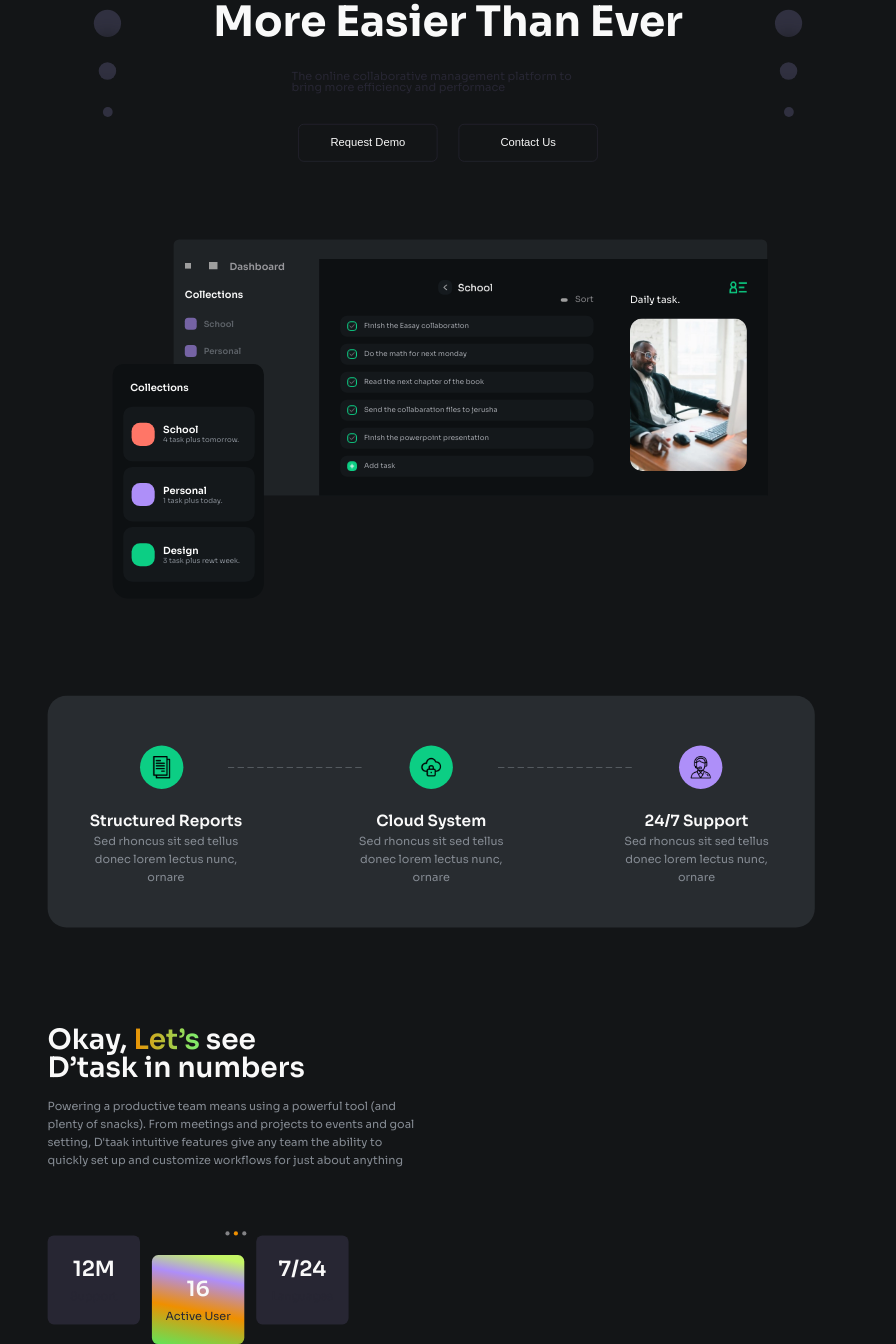
Repository: anhthiethumg/Task_Managerment_Website
Page: index.html
The author's editor kept a copy of each file at every save. The page is drawn from the files as they stood at one save, then again after a run of saves.
The browser window is 1280 px wide. The pictures show the part of the page from y = 320 to 2240 px (the page is 2240 px tall), at 70% of full size.
Pictures or frames that could not be fetched are drawn as grey boxes. A picture or video elsewhere on the page could not be fetched, so the positions and the page height are approximate.

Above is the page before, as saved 2023-07-29 00:45:17.

### index.html
<!DOCTYPE html>
<html lang="en">
  <head>
    <meta charset="UTF-8" />
    <meta name="viewport" content="width=device-width, initial-scale=1.0" />
    <title>Task Managerment Website</title>
    <!-- Reset Css -->
    <link rel="stylesheet" href="./assets/css/reset.css" />

    <!-- CSS -->
    <link rel="stylesheet" href="./assets/css/styles.css" />

    <!-- Embed Font-->

    <link rel="preconnect" href="https://fonts.googleapis.com" />
    <link rel="preconnect" href="https://fonts.gstatic.com" crossorigin />
    <link
      href="https://fonts.googleapis.com/css2?family=Sora:wght@400;600;700;800&display=swap"
      rel="stylesheet"
    />
  </head>
  <body>
    <!-- Header -->
    <section class="header">
      <div class="container">
        <navbar class="row nav">
          <img src="./assets/image/logo.svg" alt="Task." />
          <div class="nav-list">
            <a class="nav-item" href="#!">Home</a>
            <a class="nav-item" href="#!">Products</a>
            <a class="nav-item" href="#!">Guidlines</a>
            <a class="nav-item" href="#!">Guidlines</a>
          </div>
          <button class="btn nav-btn">Sign In</button>
        </navbar>
        <section class="hero">
          <div class="row hero__content">
            <div class="stacked-circles">
              <div class="circles"></div>
              <div class="circles"></div>
              <div class="circles"></div>
              <div class="circles"></div>
            </div>
            <div class="hero--content__heading">
              <h1 class="hero__heading">
                Make <span class="heading__liner">Management</span> Way More
                Easier Than Ever
              </h1>
              <p class="hero__desc section-desc">
                The online collaborative management platform to bring more
                efficiency and performace
              </p>
              <div class="hero-btn row">
                <button type="button" class="btn hero__btn">
                  Request Demo
                </button>
                <button type="button" class="btn hero__btn">Contact Us</button>
              </div>
            </div>
            <div class="stacked-circles">
              <div class="circles"></div>
              <div class="circles"></div>
              <div class="circles"></div>
              <div class="circles"></div>
            </div>
          </div>
          <section class="task-manager row">
            <sidebar class="sidebar">
              <div class="row sidebar__header">
                <img
                  src="./assets/icons/icon-sidebar.svg"
                  alt="icon-sidebar"
                  class="icon__sidebar"
                />
                <img
                  src="./assets/icons/dashboard-icon.svg"
                  alt="dashboard-icon"
                  class="dashboard-icon"
                />
                <h4 class="sidebar__heading">Dashboard</h4>
              </div>
              <div class="sidebar__list">
                <h4 class="sidebar__list--heading">Collections</h4>
                <div class="sidebar__list--item">
                  <h5 class="sidebar__item--content">School</h5>
                </div>
                <div class="sidebar__list--item">
                  <h5 class="sidebar__item--content">Personal</h5>
                </div>
              </div>
            </sidebar>
            <section class="task-manager__section">
              <div class="task__header row">
                <img src="./assets/icons/school.png" alt="Back" class="back" />
                <img
                  src="./assets/icons/contact us icon.png"
                  alt="Contact"
                  class="contact-us"
                />
              </div>
              <div class="task__content row">
                <div class="list--work">
                  <div class="list-sort">Sort</div>
                  <div class="work--item">Finish the Easay collaboration</div>
                  <div class="work--item">Do the math for next monday</div>
                  <div class="work--item">
                    Read the next chapter of the book
                  </div>
                  <div class="work--item">
                    Send the collabaration files to jerusha
                  </div>
                  <div class="work--item">
                    Finish the powerpoint presentation
                  </div>
                  <div class="work--item">Add task</div>
                </div>
                <div class="daily-task">
                  <div class="dailytask__heading">Daily task.</div>
                  <img
                    class="dailytask__img"
                    src="./assets/image/Rectangle 50.png"
                    alt="Daily task"
                  />
                </div>
              </div>
              <div class="card">
                <div class="card__heading">Collections</div>
                <div class="card__list">
                  <div class="card__item">
                    <div class="card__item--icon"></div>
                    <div class="card__item--content">
                      <h4 class="card__item--title">School</h4>
                      <p class="card__item--desc">4 task plus tomorrow.</p>
                    </div>
                  </div>
                  <div class="card__item">
                    <div class="card__item--icon"></div>
                    <div class="card__item--content">
                      <h4 class="card__item--title">Personal</h4>
                      <p class="card__item--desc">1 task plus today.</p>
                    </div>
                  </div>
                  <div class="card__item">
                    <div class="card__item--icon"></div>
                    <div class="card__item--content">
                      <h4 class="card__item--title">Design</h4>
                      <p class="card__item--desc">3 task plus rewt week.</p>
                    </div>
                  </div>
                </div>
              </div>
            </section>
          </section>
        </section>
      </div>
    </section>

    <!-- Main -->
    <main class="main">
      <div class="container">
        <!-- Services -->
        <section class="services">
          <div class="services__icon--list">
            <div class="services__icon--bg">
              <img
                src="./assets/icons/report.png"
                alt="Report"
                class="services__icon"
              />
            </div>
            <img src="./assets/icons/dash line-1.svg" alt="dash-line" />
            <div class="services__icon--bg">
              <img
                src="./assets/icons/server.png"
                alt="Server"
                class="services__icon"
              />
            </div>

            <img src="./assets/icons/dash line-1.svg" alt="dash-line" />
            <div class="services__icon--bg">
              <img
                src="./assets/icons/support.png"
                alt="Support"
                class="services__icon"
              />
            </div>
          </div>
          <div class="services__list row">
            <div class="services__items">
              <h3 class="services__heading">Structured Reports</h3>
              <p class="services__desc">
                Sed rhoncus sit sed tellus donec lorem lectus nunc, ornare
              </p>
            </div>
            <div class="services__items">
              <h3 class="services__heading">Cloud System</h3>
              <p class="services__desc">
                Sed rhoncus sit sed tellus donec lorem lectus nunc, ornare
              </p>
            </div>
            <div class="services__items">
              <h3 class="services__heading">24/7 Support</h3>
              <p class="services__desc">
                Sed rhoncus sit sed tellus donec lorem lectus nunc, ornare
              </p>
            </div>
          </div>
        </section>

        <!-- Static -->

        <section class="static row">
          <section class="static__content">
            <h2 class="static__heading section__heading">
              Okay, <span class="heading__liner">Let’s</span> see D’task in numbers
            </h2>
            <p class="static__desc section__desc">
              Powering a productive team means using a powerful tool (and plenty of snacks). From meetings and projects to events and goal setting, D'taak intuitive features give any team the ability to quickly set up and customize workflows for just about anything
            </p>
            <div class="static__dot row">
              <div class="dot"></div>
              <div class="dot"></div>
              <div class="dot"></div>
            </div>
            <div class="static__list row">
              <div class="static__item">
                <div class="static--item__number">
                  12M
                </div>
                <div class="static--item__title">
                  Support
                </div>
              </div>
              <div class="static__item">
                <div class="static--item__number">
                  16
                </div>
                <div class="static--item__title">
                  Active User
                </div>
              </div>
              <div class="static__item">
                <div class="static--item__number">
                  7/24
                </div>
                <div class="static--item__title">
                  Languages
                </div>
              </div>
            </div>
          </section>
        </section>
      </div>
    </main>
  </body>
</html>

### assets/css/styles.css
* {
  box-sizing: border-box;
}

html {
  font-size: 62.5%;
}

:root {
  color: var(--text-color-gray-2, #282c30);
  color: var(--text-color-white, #f9f9f9);
  color: var(
    --primary-color-leniar-color,
    linear-gradient(90deg, #eb9204 1.67%, #83e868 89.99%)
  );
  color: var(--primary-color-background, #131517);
  color: var(--text-color-dark-blue, #272633);
}
body {
  font-size: 1.6rem;
  font-family: "Sora", sans-serif;
  background: var(--primary-color-background, #131517);
}

/* Common */

a {
  text-decoration: none;
}

.container {
  width: 1144px;
  margin: 0 auto;
}

.row {
  display: flex;
}

.btn {
  width: 110px;
  height: 40px;
  border-radius: 8px;
  border: 1px solid var(--text-color-dark-blue, #272633);
  background: #131517;
  text-align: center;
}

.section__desc {
  color: var(--text-color-gray-1, #858b93);
  text-align: center;
  font-size: 1.6rem;
  font-weight: 400;
  line-height: 1.625;
}

.section__heading {
  color: var(--text-color-white, #f9f9f9);
  font-size: 4rem;
  font-weight: 600;
}
/* Header */

.header {
  margin-top: 40px;
  margin-bottom: 140px;
  padding-top: 10px;
}

/* Navbar */

.nav {
  justify-content: space-between;
  align-items: center;
  height: 40px;
  margin-bottom: 157px;
}

.nav-item {
  margin-right: 36px;
  color: var(--text-color-gray-1, #858b93);
  font-size: 1.6rem;
  font-weight: 400;
  line-height: 1.5;
}

.nav-item:hover {
  color: var(--text-color-white, #f9f9f9);
  text-decoration: underline;
}

.nav-btn {
  background: var(
    --primary-color-leniar-color,
    linear-gradient(90deg, #eb9204 1.67%, #83e868 89.99%)
  );
  background-clip: text;
  -webkit-background-clip: text;
  -webkit-text-fill-color: transparent;
  font-size: 1.6rem;
  font-weight: 400;
  line-height: 1.5;
}

/* hero-content */
.hero__content {
  padding: 0 25px;
  justify-content: space-between;
}
.hero__heading {
  margin: 0 auto 34px;
  width: 783px;
  color: var(--text-color-white, #f9f9f9);
  text-align: center;
  font-size: 6rem;
  font-weight: 700;
  line-height: 1.17;
}

.heading__liner {
  background: var(
    --primary-color-leniar-color,
    linear-gradient(90deg, #eb9204 1.67%, #83e868 89.99%)
  );
  background-clip: text;
  -webkit-background-clip: text;
  -webkit-text-fill-color: transparent;
}

.hero__desc {
  width: 447px;
  margin: 0 auto 44px;
}

.hero-btn {
  justify-content: center;
  gap: 30px;
}

.hero__btn {
  margin-bottom: 111px;
  width: 199px;
  height: 54px;
  color: var(--text-color-white, #f9f9f9);
  font-size: 1.6rem;
  font-weight: 400;
  line-height: 1.625;
}

.hero__btn:hover {
  background: var(
    --primary-color-leniar-color,
    linear-gradient(90deg, #eb9204 1.67%, #83e868 89.99%)
  );
}

/* hero circle */

.stacked-circles {
  display: flex;
  flex-direction: column;
  align-items: center;
  margin-top: -75px;
}

.circles {
  fill: linear-gradient(180deg, #111118 4.96%, rgba(43, 43, 61, 0) 100%);
  box-shadow: 0px 39px 31px 0px #313141 inset;
  border-radius: 50%;
}
.circles:first-child {
  width: 121px;
  height: 121px;
  margin-bottom: 41px;
}

.circles:nth-child(2) {
  width: 39px;
  height: 39px;
  margin-bottom: 36px;
}

.circles:nth-child(3) {
  width: 25px;
  height: 25px;
  margin-bottom: 39px;
}

.circles:last-child {
  width: 14px;
  height: 14px;
  flex-shrink: 0;
}

/* task manager */

.task-manager {
  width: 848px;
  height: 366px;
  border-radius: 8px 8px 0px 0px;
  background: #1f2326;
  margin-left: 180px;
}

.sidebar {
  padding: 18px 0 0 16px;
}

.sidebar__header {
  width: 192px;
  height: 39px;
  align-items: center;
}

.icon__sidebar {
  width: 9px;
  height: 9px;
  margin-right: 25px;
}

.dashboard-icon {
  width: 13px;
  height: 11px;
  margin-right: 17px;
}

.sidebar__heading {
  color: #98989c;
  font-size: 1.4rem;
  font-weight: 600;
}

.sidebar__list--heading {
  margin: 15px 0 15px;
  color: var(--text-color-white, #f9f9f9);
  font-size: 1.4rem;
  font-weight: 600;
}

.sidebar__list--item {
  width: 192px;
  height: 39px;
  display: flex;
  align-items: center;
}

.sidebar__list--item:hover {
  background: #2b2d2f;
}
.sidebar__item--content {
  color: var(--text-color-gray-1, #858b93);
  font-size: 1.2rem;
  font-weight: 600;
  opacity: 0.6000000238418579;
  display: flex;
  align-items: center;
}

.sidebar__item--content::before {
  display: inline-block;
  content: " ";
  width: 17px;
  height: 17px;
  border-radius: 5px;
  background: #ae8ff9;
  margin-right: 10px;
}

.task-manager__section {
  position: relative;
  margin-top: 28px;
  margin-right: 15px;
  background: #0d1012;
  width: 100%;
  padding: 30px;
}

.task__header {
  margin-left: 140px;
  justify-content: space-between;
}

.list--work {
  width: 362px;
  margin-right: 52px;
}

.list-sort {
  color: #838386;
  font-size: 1.2rem;
  font-weight: 400;
  text-align: right;
  height: 30px;
}

.list-sort::before {
  display: inline-block;
  content: " ";
  width: 10px;
  height: 5px;
  border-radius: 5px;
  margin-right: 10px;
  background-image: url(../icons/sort.svg);
  margin-left: 10px;
}
.work--item {
  display: flex;
  align-items: center;
  margin-bottom: 10px;
  width: 100%;
  height: 30px;
  border-radius: 10px;
  background: #14181b;
  color: #9ea1a7;
  font-size: 1rem;
  font-weight: 300;
}

.work--item:before {
  display: inline-block;
  content: " ";
  width: 14px;
  height: 14px;
  border-radius: 5px;
  margin-right: 10px;
  background-image: url(../icons/check.svg);
  margin-left: 10px;
}

.work--item:last-child:before {
  background-image: url(../icons/add.svg);
}

.dailytask__heading {
  color: var(--text-color-white, #f9f9f9);
  font-size: 1.4rem;
  font-weight: 400;
  margin-bottom: 20px;
}

.dailytask__img {
  width: 167px;
  height: 218px;
  flex-shrink: 0;
  border-radius: 17px;
  background: rgba(13, 16, 18, 0.24);
}

.card {
  position: absolute;
  width: 216px;
  height: 335px;
  border-radius: 15px 15px 22px 22px;
  background: #0d1012;
  padding: 26px 15px;
  left: -295px;
  top: 150px;
}

.card__heading {
  color: #f9f9f9;
  font-size: 1.4rem;
  font-weight: 600;
  margin-left: 10px;
  margin-bottom: 21px;
}

.card__item {
  display: flex;
  align-items: center;
  width: 188px;
  height: 78px;
  border-radius: 13px;
  background: #14181b;
  margin-bottom: 8px;
}
.card__item--icon {
  width: 33px;
  height: 33px;
  border-radius: 12px;
  margin: 12px;
}

.card__item:first-child .card__item--icon {
  background: var(--primary-color-dark-orange, #ff7667);
}

.card__item:nth-child(2) .card__item--icon {
  background: var(--primary-color-blue, #ae8ff9);
}

.card__item:last-child .card__item--icon {
  background: var(--primary-color-green, #0cce84);
}

.card__item--title {
  color: #fff;
  font-size: 1.4rem;
  font-weight: 600;
  margin-bottom: 3px;
}

.card__item--desc {
  color: var(--text-color-gray-1, #858b93);
  font-size: 1rem;
  font-weight: 400;
}

/* services */

.services {
  padding: 41px 50px 53px 50px;
  margin-top: 286px;
  margin-bottom: 140px;
  width: 1096px;
  height: 331px;
  border-radius: 27px;
  background: var(--text-color-gray-2, #282c30);
}

.services__icon--list {
  display: flex;
  align-items: center;
  justify-content: space-around;
  margin: 30px 50px;
}

.services__icon--bg {
  background: var(--primary-color-green, #0cce84);
  width: 62px;
  height: 62px;
  border-radius: 50%;
  display: flex;
  align-items: center;
  justify-content: center;
}

.services__icon--bg:nth-child(2) {
  background: var(--primary-color-dark-yellow, #ef8f00);
}

.services__icon--bg:last-child {
  background: var(--primary-color-blue, #ae8ff9);
}
.services__icon {
  width: 32px;
  height: 32px;
}

.services__list {
  justify-content: space-between;
}

.services__items {
  width: 238px;
  text-align: center;
}

.services__heading {
  color: var(--text-color-white, #f9f9f9);
  font-size: 2.2rem;
  font-weight: 600;
  line-height: 1.45;
}

.services__desc {
  color: #858b93;
  font-size: 1.6rem;
  font-weight: 400;
  line-height: 1.625;
}

/* Static */
.static__content {
  width: 537px;
}
.static__heading {
  width: 368px;
  margin-bottom: 22px;
}

.static__desc {
  width: 537px;
  height: 106px;
  text-align: left;
  margin-bottom: 86px;
}

.static__dot {
  gap: 6px;
  justify-content: center;
  margin-bottom: 28px;
}
.dot {
  width: 6px;
  height: 6px;
  border-radius: 50%;
  background: #838386;
}

.dot:nth-child(2) {
  background: #ef8f00;
}

.static__list {
  gap: 17px;
}
.static__item {
  display: flex;
  flex-direction: column;
  justify-content: center;
  align-items: center;
  width: 132px;
  height: 127px;
  border-radius: 9px;
  background: var(--text-color-dark-blue, #272633);
}

.static__item:nth-child(odd) {
  margin-top: -28px;
}

.static__item:nth-child(2) {
  background: linear-gradient(
    191deg,
    #c4f566 7.35%,
    #ae8ef9 28.41%,
    #ef8f00 60.81%,
    #61e559 100%
  );
}

.static--item__number {
  color: var(--text-color-white, #f9f9f9);
  font-size: 3rem;
  font-weight: 600;
  margin-bottom: 16px;
}

.static--item__title {

}

Loaded but not shown: assets/css/reset.css (common file)

After the next 5 saves:
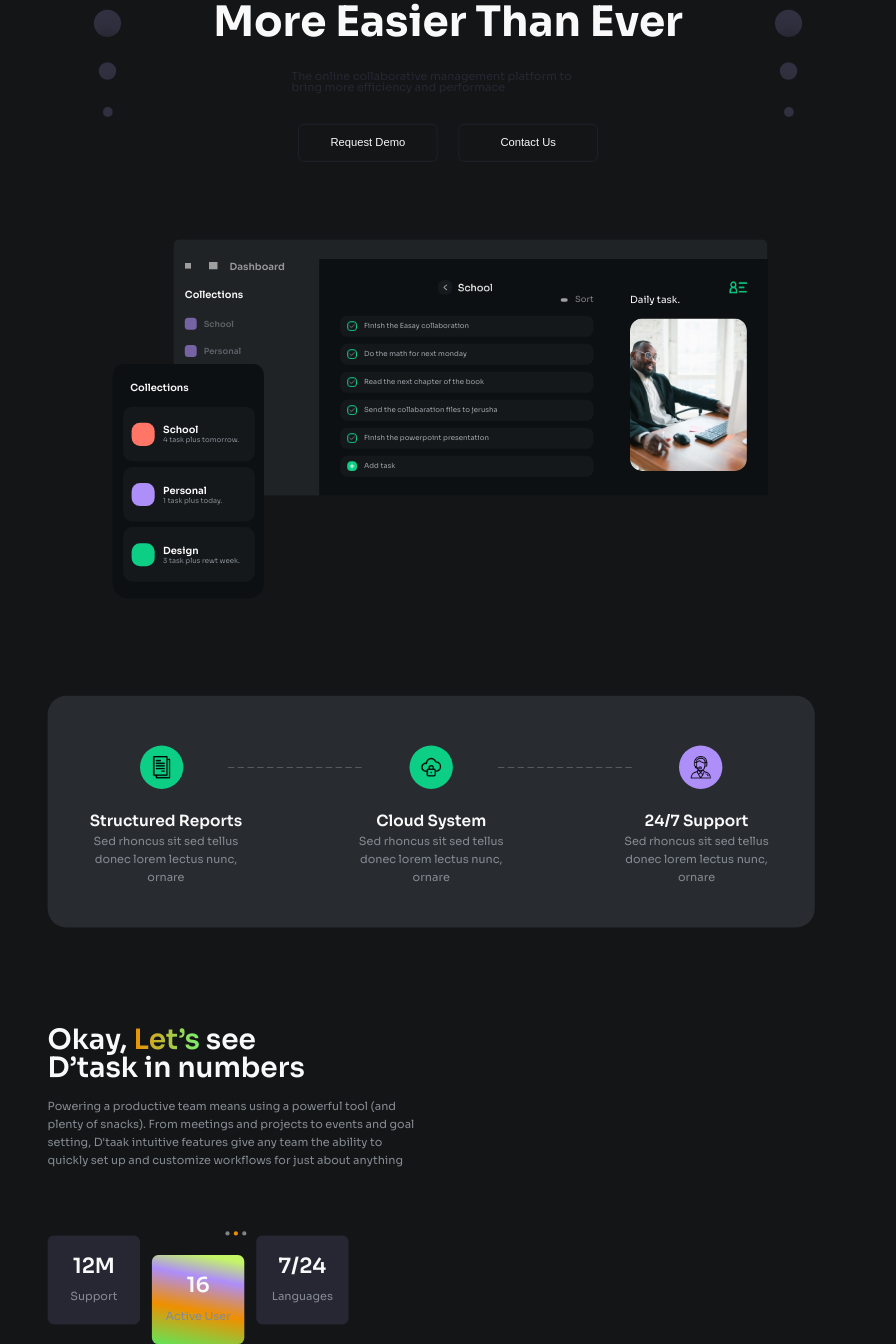
The 5 saves are shown as one change because they came seconds apart.
The last was saved 18 s later.
--- a/assets/css/styles.css
+++ b/assets/css/styles.css
@@ -538,5 +538,11 @@ a {
 }
 
 .static--item__title {
-
-}
+  color: var(--text-color-gray-1, #858B93);
+
+
+font-size: 16px;
+
+font-weight: 400;
+line-height: 26px; /* 162.5% */
+}
